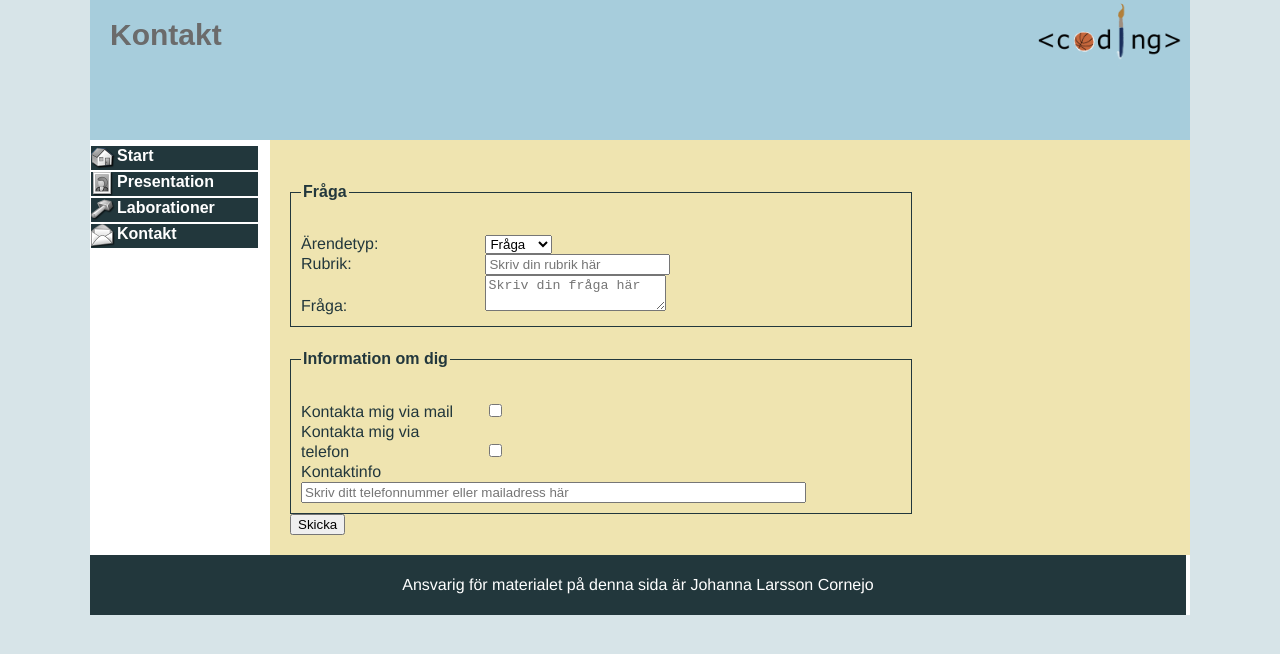
Repository: jc222fi/1ik415-laborationer
Page: pages/kontakt.html
The author's editor kept a record of every edit. The page is drawn from the files as they stood at one moment, then again after the next edit.
The browser window is 1280 px wide. The pictures show the whole page.

Above is the page before.

After the next edit:
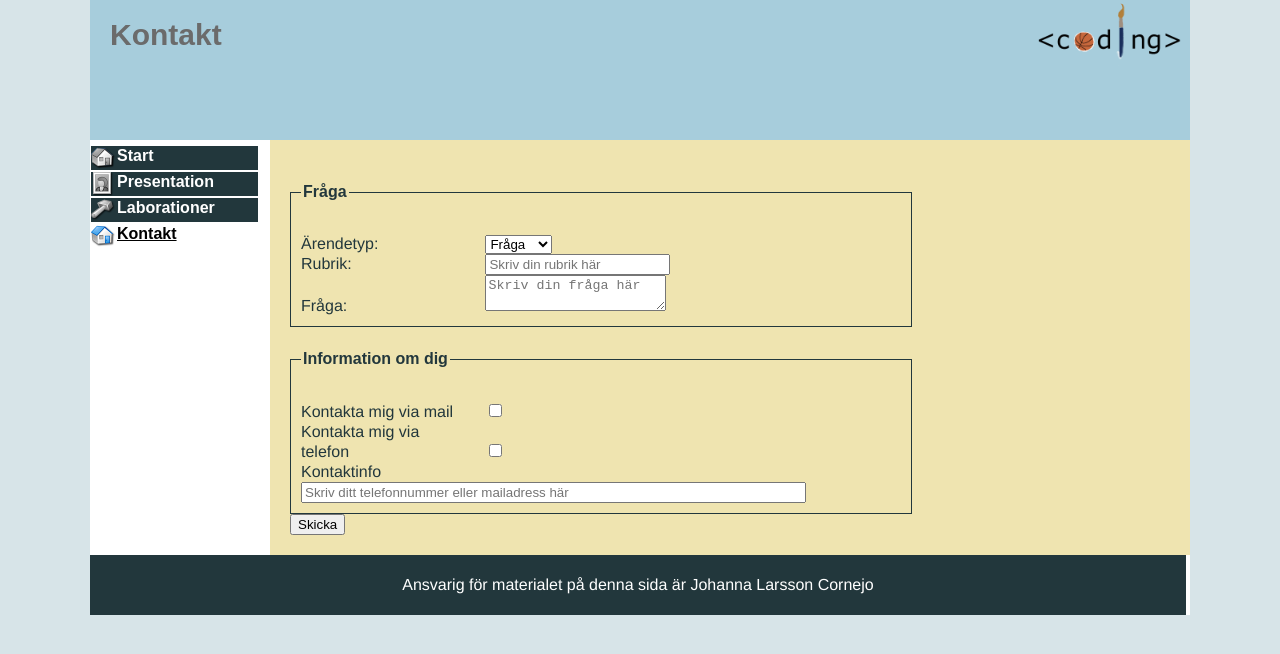
The edit:
--- a/css/style.css
+++ b/css/style.css
@@ -112,6 +112,7 @@
 
 	#kontakt a:link{background-position:0 -336px;text-decoration:none;}
 	#kontakt a:hover{background-position:0 -288px;background-color:white;text-decoration:underline;color:black;}
+	#kontakt a.active{background-position:0 0;background-color:white;text-decoration:underline;color:black;}
 	#nav li{
 		font-family:Arial, Gadget, sans-serif;
 		font-weight:bolder;
